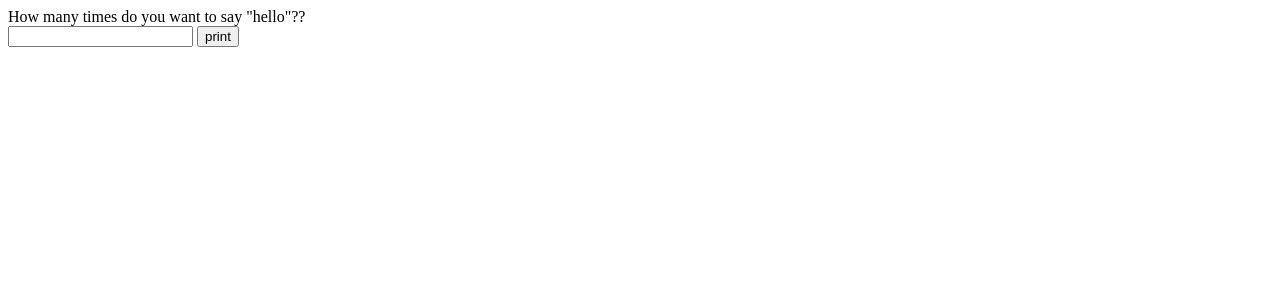
Repository: Jason-TG/workspace
Page: JSP_Project/src/main/webapp/WEB-INF/jsp0708/reg.html
The author's editor kept a copy of each file at every save. The page is drawn from the files as they stood at one save, then again after the next save.
The browser window is 1280 px wide. The pictures show the whole page.

Above is the page before, as saved 2021-07-09 01:41:46.

After the next save:
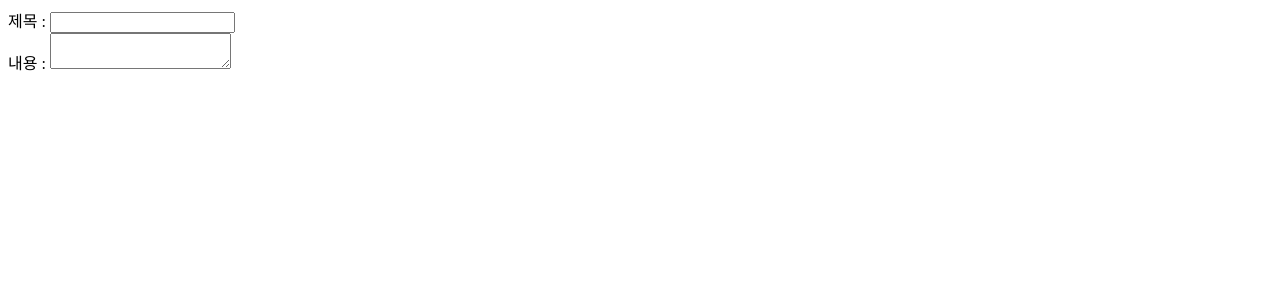
Saved 2 min 33 s later.
--- a/JSP_Project/src/main/webapp/WEB-INF/jsp0708/reg.html
+++ b/JSP_Project/src/main/webapp/WEB-INF/jsp0708/reg.html
@@ -1,3 +1,5 @@
+
+
 <!DOCTYPE html>
 <html>
 <head>
@@ -6,20 +8,17 @@
 </head>
 <body>
 	<div>
-		<form action="hi">
-		<!-- url이 "/hi"로 매핑된 페이지로 요청 전달 -->
-		<!-- 기본 요청은 get. get 요청은 쿼리를 url 뒤에 전달하고 post 요청은 헤더에 담아서 전달한다.  -->
+		<form action="notice-reg">
+			<!-- url이 "/hi"로 매핑된 페이지로 요청 전달 -->
+			<!-- 기본 요청은 get. get 요청은 쿼리를 url 뒤에 전달하고 post 요청은 헤더에 담아서 전달한다.  -->
 			<div>
-				<label>How many times do you want to say "hello"??</label>
+				<label>제목 : </label> <input type="text">
 			</div>
 			<div>
-				<input type = "text" name="cnt" />
-				<!-- text 속성의 입력칸. name속성에 입력한 문자열 cnt가 키값이 되고 브라우저에서 입력받는 값이 밸류값이된다.  -->
-				<input type = "submit" value="print">
-				<!-- type이 submit인 경우 각 입력란에 입력받은 밸류값과 그 키 값을 쿼리스트링으로 폼태그의 액션 속성에 설정된
-				컨텍스트 패스 뒤로 추가하여 전달한다.  value 속성은 버튼을 만들고 그 값은 버튼 안의 문자가 된다. -->
-				<!--  -->
+				<label>내용 : </label> <textarea></textarea>
+
 			</div>
+
 		</form>
 	</div>
 
